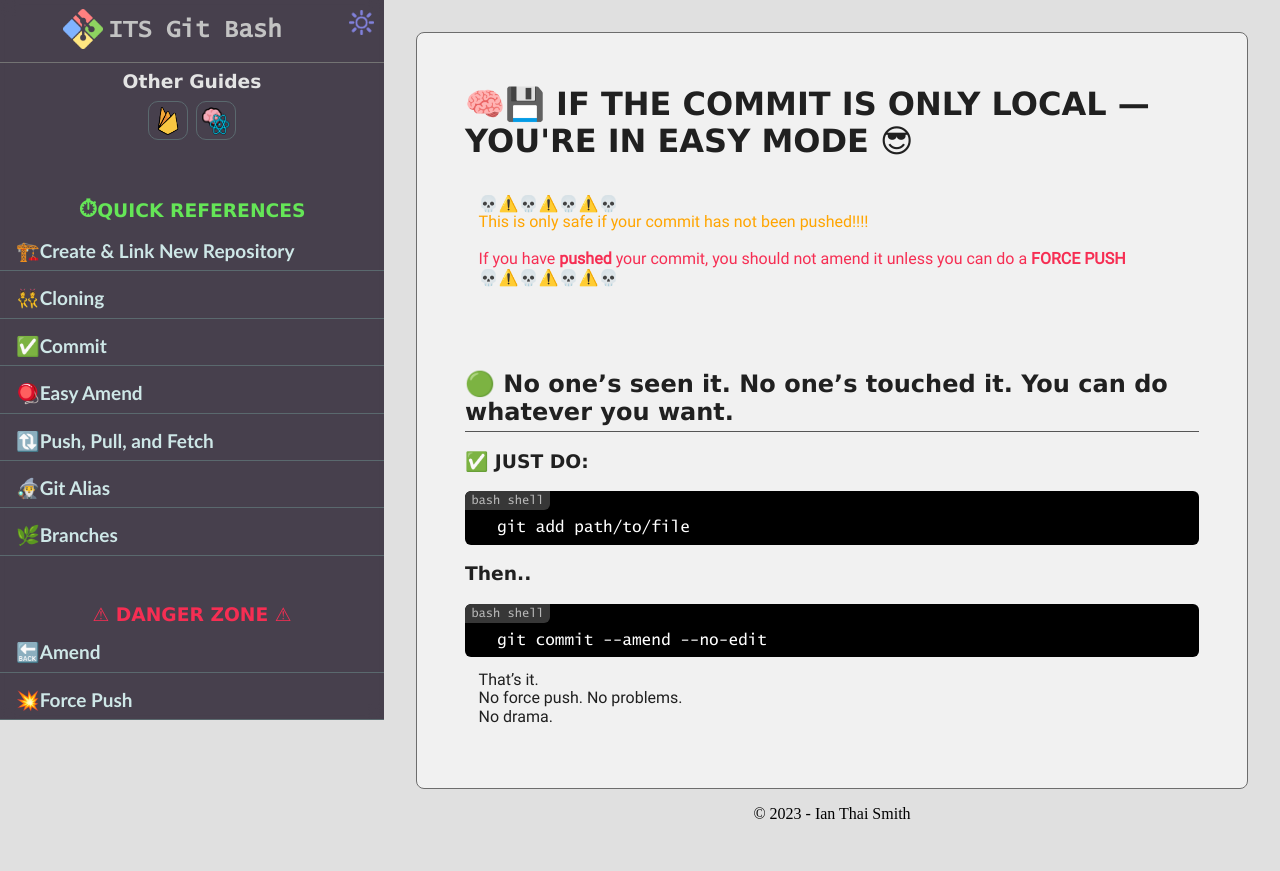
Repository: whyDoILoveThis/project__ITS_Git_Bash
Page: html/easy-amend.html
An editor plug-in stored every save of this project. The page is shown before and after the next save, followed by the edit.
The browser window is 1280 px wide. The pictures show the whole page.

Above is the page before, as saved 2025-07-06 06:28:55.

### html/easy-amend.html
<!DOCTYPE html>
<html lang="en">
  <head>
    <meta charset="UTF-8" />
    <meta name="viewport" content="width=device-width, initial-scale=1.0" />
    <link rel="stylesheet" href="/css/normalize.css" />
    <link rel="stylesheet" href="/css/style.css" />
    <title>new-page</title>
  </head>
  <body>
    <!--!!!!!-->
    <!--! MAIN-WRAP -->
    <div class="main-wrap">
      <section class="article-wrap">
        <article class="article">
          <h1>🧠💾 IF THE COMMIT IS ONLY LOCAL — YOU'RE IN EASY MODE 😎</h1>
          <p class="orng">
            💀⚠️💀⚠️💀⚠️💀
            <br />
            This is only safe if your commit has not been pushed!!!!
            <br />
            <br />
            <em class="red">
              If you have <b>pushed</b> your commit, you should not amend it
              unless you can do a <b>FORCE PUSH</b>
            </em>
            <br />
            💀⚠️💀⚠️💀⚠️💀
          </p>
          <h2>
            🟢 No one’s seen it. No one’s touched it. You can do whatever you
            want.
          </h2>
          <h3>✅ JUST DO:</h3>
          <div class="code">
            <p>git add path/to/file<br /></p>
          </div>
          <h3>Then..</h3>
          <div class="code">
            <p>git commit --amend --no-edit</p>
          </div>
          <p>
            That’s it. <br />
            No force push. No problems. <br />
            No drama.
          </p>
        </article>
      </section>
    </div>
    <!--! MAIN-WRAP -->
    <!--! !!!!!!! -->
    <script src="/JS/dynamic-nav.js"></script>
  </body>
</html>

### css/style.css


/*TODO: REFACTOR FOR BETTER ORGANIZATION
        AND REMOVING REDUNDANCIES*/

        :root {
            --size--brightness-toggler: 50px;
        }


.gradient {
    width: 100vw;
    height: 100vh;
    background: rgb(52,30,84);
background: linear-gradient(360deg, rgba(52,30,84,1) 0%, rgba(67,41,166,1) 100%);
}

@font-face {
    font-family: LucidaConsole;
    src: url(/fonts/lucon.ttf);

}

@font-face {
    font-family: Roboto;
    src: url(/fonts/Roboto-Regular.ttf);
}

body {
    font-family: 'Lucida Sans', 'Lucida Sans Regular', 'Lucida Grande', 'Lucida Sans Unicode', Geneva, Verdana, sans-serif;
    transition: background-color 0.3s ease-in;
    background-color: rgb(36, 31, 35);

}

body::-webkit-scrollbar-track
{
	-webkit-box-shadow: inset 0 0 6px rgba(0,0,0,0.3);
	border-radius: 10px;
	background-color: rgb(52, 29, 69);
}

body::-webkit-scrollbar
{
    border-radius: 10px;

	width: 5px;
	background-color: rgb(50, 41, 56);
}

body::-webkit-scrollbar-thumb
{
	border-radius: 10px;
	-webkit-box-shadow: inset 0 0 6px rgba(0,0,0,.3);
	background-color: #8181DB;
}



ul {
    list-style-type: none;
    padding: 0;
    padding-bottom: 4rem;
    margin: 0;
}

ul li {
    padding: 1rem 0 0.5rem 1rem;
    border-bottom: 0.5px solid rgb(90, 105, 110);
}

li a {
    text-decoration: none;
    color: rgb(206, 231, 231);
    font-family: 'Trebuchet MS', 'Lucida Sans Unicode', 'Lucida Grande', 'Lucida Sans', Arial, sans-serif;
    font-weight: 600;
    text-decoration-thickness: 0px;
    font-size: 19px;
}

a {
    color: rgb(45, 143, 248);
    text-decoration: none;
}

a:hover {
    font-weight: 600;
    text-decoration: underline;
}

li a:hover {
    text-decoration: underline;
    text-decoration-thickness: 2px;
    text-decoration-color: rgb(110, 203, 103);
}

em {
    font-style: normal;
}

.main-wrap {
    display: flex;
    height: 100%;
    width: 100%;
}

/** NAV */

.nav {
    z-index: 100;
    background: rgba(50, 41, 56, 0.877);
    backdrop-filter: blur(8px);
    -webkit-backdrop-filter: blur(8px);
    display: flex;
    flex-direction: column;
    width: 30%;
    height: 100%;
    position: fixed;
    overflow: auto;
    transition: all 0.37s ease-out;
}

.nav::-webkit-scrollbar-track
{
	-webkit-box-shadow: inset 0 0 6px rgba(0,0,0,0.3);
	border-radius: 10px;
	background-color: rgb(50, 41, 56);
}

.nav::-webkit-scrollbar
{
    border-radius: 10px;

	width: 3px;
	background-color: rgb(50, 41, 56);
}

.nav::-webkit-scrollbar-thumb
{
	border-radius: 10px;
	-webkit-box-shadow: inset 0 0 6px rgba(0,0,0,.3);
	background-color: #8181DB;
}


.logo-wrap {
    height: auto;
    max-height: 40px;
    display: flex;
    align-items: center;
    justify-content: center;
    gap: 0.3rem;
    padding: 0.7rem;
    border-bottom: 1px solid rgb(115, 115, 115);
    padding-right: var(--size--brightness-toggler);

}

.logo__icon {
    width: 8vw;
    max-width: 40px;
    height: 8vw;
    max-height: 40px;
    display: inline;
}

.logo__tag {
    color: rgb(195, 195, 195);
    font-family:  LucidaConsole, Arial, Helvetica, sans-serif;
    white-space: 1px;
    font-size: 24px;
    font-weight: 600;
    margin: 0;
}

.dark-mode-toggler-wrap {
    position: absolute;
    top: 10px;
    right: 10px;

}

.other-guides-wrap {
    margin: 0.5rem;
    display: flex;
    justify-content: center;
    align-self: center;
    gap: 0.5rem;
}

.other-guides-wrap > a > img {
    width: 28px;
}

.other-guides-heading {
    color: rgb(228, 228, 228);
    margin-top: 0;
}

.guide-link {
    border: 1px solid rgb(90, 105, 110);
    border-radius: 10px;
    display: flex;
    justify-content: center;
    padding: 0.3rem;
    transition: background-color 0.4s;
}

.guide-link:hover {
    background-color: rgba(255, 255, 255, 0.117);
}

.quick-ref-heading {
    color: rgb(101, 230, 87);
    text-transform: uppercase;
}

.quick-ref-heading::before {
    content: '⏱';
    font-size: 24px;
}

.article-wrap {
    margin-left: 30%;
    width: calc(70% - 2rem * 2);
    padding: 2rem;
}

.article {
    border: 1px solid rgb(109, 109, 109);
    border-radius:8px;
    display: flex;
    flex-direction: column;
    padding: 3rem;
    padding-top: 2rem;

    background-color: rgb(49, 49, 49);
    color: rgba(255, 255, 255, 0.90);
    transition: background-color 0.4s ease-in, color 0.5s ease-in;

}

.article__heading,
.article h2.h2--large {
    text-align: center;
    font-size: 32px;
    margin: 0.8rem;
    border: 0;
}

.article h2 {
    margin: 4.4rem 0 0rem 0;
    border-bottom: 1px solid #555;
    padding-bottom: 0.3rem;
}


.article > p {
    font-family: Roboto, Arial, Helvetica, sans-serif;
    margin: 0.85rem;
}

.emoji {
    display: inline;
    width: 20px;
}

.emoji--rocket {
    content: url(/img/emoji-rocket.PNG);
}

.code {
    font-family: LucidaConsole, Arial, Helvetica, sans-serif;
    white-space: nowrap;
    background-color: black;
    color: white;
    font-style: normal;
    width: 100%;
    display: flex;
    flex-direction: column;
    border-radius: 6px;
    overflow: auto;
}

.code p::selection,
.code em::selection {
    background: rgba(214, 172, 238, 0.273);
    color: inherit;
}

.code::-webkit-scrollbar {
    width: 12px;
    background-color: #F5F5F5;
    height: 7px;
}
.code::-webkit-scrollbar-thumb {
    border-radius: 1px;
    -webkit-box-shadow: inset 0 0 6px rgba(0,0,0,.3);
    background-color: #555;
}
.code::-webkit-scrollbar-track {
    -webkit-box-shadow: inset 0 0 6px rgba(0,0,0,0.3);
    border-radius: 1px;
    background-color: #F5F5F5;
}


.code::before {
    content: 'bash shell';
    background-color: rgb(55, 55, 55);


    align-self: flex-start;

    color: rgb(184, 184, 184);
    padding: 0.25rem 0.4rem 0.1rem 0.4rem;
    border-radius: 6px 0px 6px 0;
    font-size: 12px;
}

.code--html::before {
    content: 'HTML';
    color: rgb(255, 72, 0);
    letter-spacing: 1px;
}

.code--js::before {
   content: 'javascript';
   color: yellow;
}

.code--json::before {
    content: 'json';
    color: rgb(93, 184, 93);
}

.code--file-struct::before {
    content: '📁';
    font-size: 20px;
}

.code p {
    margin: 0.5rem 0 0.5rem 2rem;
    display: inline-block;
    flex: 0 0 100%;
}

.comnt {
    color: rgb(123, 123, 123);
}

.orng {
    color: orange;
}

.grn {
    color: rgb(60, 162, 60);
}

.blu {
    color: rgb(74, 189, 255);
}

.red {
    color: rgb(246, 46, 83);
}

/** BUTTONS */

.btn-group {
    display: flex;
    gap: 0.5rem;
}

.btn {
    position: relative;
    z-index: 99;
    width: 100%;
    font-family: Roboto, Arial, Helvetica, sans-serif;
    font-size: 24px;
    text-shadow: 0 0 2px rgba(0, 0, 0, 0.577);
    padding: 10px 20px;
    background-color: #27396a;

    color: #6cbbfb;
    cursor: pointer;
    border-radius: 10px;
    border: 1.5px solid rgb(0, 0, 0);
    margin-top: 1rem;
}

.btn--important {
    color: rgb(252, 107, 107);
    background-color: rgb(83, 32, 32);
}

.btn--more-info-box {

    font-family: Roboto, Arial, Helvetica, sans-serif;
    background-color: #eeeeee;
    background-color: #363232;

    color: #202020;
    color: rgba(255, 255, 255, 0.90);
    position: relative;
    top: -1rem;
    padding: 1rem;
    border-radius: 8px;
    text-align: center;
    border: 1.5px solid rgb(0, 115, 225);
    animation: 0.5s ease-in-out;
    transform-origin: top center;
    transition: background-color 0.4s ease-in, color 0.5s ease-in;
}

.btn--more-info-box.hidden {
    display: none;

}

@keyframes bounceDown {
    0% {
        transform: scaleY(0);
        opacity: 0;
    }
    70% {
        transform: scaleY(1.04);
        opacity: 1;
    }
    100% {
        transform: scaleY(1);
        opacity: 1;
    }
}

@keyframes bounceUp {
    0% {
        transform: scaleY(1);
        opacity: 1;
    }

    20% {
        transform: scaleY(1.04);
        opacity: 0.8;
    }

    100% {
        transform: scaleY(0);
        opacity: 0.2;
    }
}

.btn--more-info-box p {
    text-align: left;
}

.btn--more-info-box h2 {
    margin-top: 2.5rem;
}

.btn--more-info-box h3 {
    margin-top: 1.5rem;
    margin-bottom: 0;
}

@media screen and (min-width: 768px) {
    .nav-toggler {
        position: fixed;
        display: none;
        visibility: hidden;
    }
}

@media screen and (max-width: 778px) {
    ul li {
        padding: 0.8rem 0.3rem 0.5rem 0.8rem;
    }

    li a {
        font-size: 17px;
    }

    .nav {
        margin: 0;
        width: 100%;
        height: 60px;
        overflow: hidden;
        border-top-right-radius: 0;
        border-bottom-left-radius: 10px;
        border-bottom-right-radius: 10px;
        box-shadow: 1px 1px 1px 3px rgba(0, 0, 0, 0.179);
    }

    .nav-expanded {
        width: 85%;
        height: 100%;
        overflow-y: auto;
        box-shadow: 1px 1px 0px 700px rgba(0, 0, 0, 0.5);
        border-bottom-left-radius: 0;
    }

    .nav-expanded .nav-toggler {
        position: absolute;
        transform: translateY(60px);
    }

    .logo-wrap {
        place-self: center;
        padding-right: var(--size--brightness-toggler);
        padding-left: var(--size--brightness-toggler);
    }
    .logo__icon {
        height: 40px;
        width: 40px;
    }
    .dark-mode-toggler-wrap {
        position: absolute;
        top: 15px;
        right: 10px;

    }
    .nav-toggler {
       width: 40px;
       position: absolute;
       left: 10px;

       transition: all 0.2s;
    }

    .logo__tag {
        font-size: 22px;
        white-space: nowrap;
    }

    .article-wrap {
        margin: 0;
        width: calc(100% - 0.5rem * 2);
         padding: 0.5rem;
         margin-top: 70px;
     }
     .article {
        padding: 0.5rem;
    }
}

.copyright::before {
    content: '© 2023 - Ian Thai Smith ';
    font-family: 'Times New Roman', Times, serif ;
    display: flex;
    justify-content: center;

}

### JS/dynamic-nav.js
const head = document.getElementsByTagName('head')[0];
const tabIcon = document.createElement("link");
tabIcon.href = "/img/git-bash-icon.png";
tabIcon.rel = "icon";
head.appendChild(tabIcon);

const articleWrap = document.querySelector(".article-wrap");

const copyright = document.createElement("p");
copyright.classList.add("copyright");

articleWrap.appendChild(copyright);

// Select the target element
const container = document.querySelector(".main-wrap");

// Create the main navigation element
const navigation = document.createElement("nav");
navigation.classList.add("nav");

function expandNav(){
    navigation.classList.toggle("nav-expanded")
}

const navToggler = document.createElement("img");
navToggler.src = "/img/icon-nav-toggler.png";
navToggler.classList.add("nav-toggler");
navToggler.addEventListener("click", expandNav);



// Create the logo-wrap div
const logoWrap = document.createElement("div");
logoWrap.classList.add("logo-wrap");

// Create the logo icon
const logoIcon = document.createElement("img");
const homeLink = document.createElement("a");
homeLink.href = "/index.html";
logoIcon.src = "/img/git-bash-icon.png";
logoIcon.alt = "";
logoIcon.classList.add("logo__icon");
homeLink.appendChild(logoIcon);


// Create the logo tag
const logoTag = document.createElement("p");
logoTag.classList.add("logo__tag");
logoTag.innerText = "ITS Git Bash";


const darkModeTogglerWrap = document.createElement("div");
darkModeTogglerWrap.classList.add("dark-mode-toggler-wrap");
const darkModeToggler = document.createElement("img");
darkModeTogglerWrap.appendChild(darkModeToggler);
darkModeToggler.src = "/img/icon-brightness-dim.png";
darkModeToggler.style.width = "25px";
darkModeToggler.classList.add(".dark-mode-toggler");

const article = document.querySelector('.article')


darkModeToggler.addEventListener("click", toggleBrightness);

const otherGuidesWrap = document.createElement("div");
otherGuidesWrap.classList.add("other-guides-wrap");

const otherGuides = document.createElement("h3");
otherGuides.innerText = "Other Guides";
otherGuides.classList.add('other-guides-heading');
otherGuides.style.textAlign = "center";
otherGuides.style.marginBottom = "0";
otherGuides.style.marginTop = "0.5rem";

const linkBash = document.createElement('a');
const imgBash = document.createElement("img");
linkBash.classList.add('guide-link');
imgBash.src = "/img/firebase-icon.png";
linkBash.href = "https://its-firebase.vercel.app";
linkBash.appendChild(imgBash);
otherGuidesWrap.appendChild(linkBash);
// another
const linkReact18 = document.createElement('a');
const imgReact18 = document.createElement("img");
linkReact18.classList.add('guide-link');
imgReact18.src = "/img/learn-react18-icon.png";
linkReact18.href = "https://learn-react18.vercel.app";
linkReact18.appendChild(imgReact18);
otherGuidesWrap.appendChild(linkReact18);




const infoBoxes = document.querySelectorAll('.btn--more-info-box');


// Check if 'bright' is stored in localStorage
const storedBright = localStorage.getItem('bright');

// Initialize 'bright' with the stored value (or default to false if not found)
let bright = storedBright === 'false';


function toggleBrightness() {
    bright = !bright;

    // Store the updated 'bright' value in localStorage
    localStorage.setItem('bright', bright);

 // Update UI and apply styles based on 'bright' state

    if(bright){
    fadeOutAndChange(darkModeToggler, "/img/icon-brightness-bright.png");
    document.body.style.backgroundColor = 'rgb(224, 224, 224)';
    article.style.backgroundColor = 'rgb(241, 241, 241)';
    article.style.color = '#202020';
    copyright.style.color = 'black';
    infoBoxes.forEach(infoBox => {
        infoBox.style.backgroundColor = '#eeeeee';
        infoBox.style.color = '#202020';
    });
    } else {
        fadeOutAndChange(darkModeToggler, "/img/icon-brightness-dim.png");
        document.body.style.backgroundColor = 'rgb(36, 31, 35)';
        article.style.backgroundColor = 'rgb(49, 49, 49)';
        article.style.color = 'rgba(255, 255, 255, 0.90)';
        copyright.style.color = 'white';
        infoBoxes.forEach(infoBox => {
            infoBox.style.backgroundColor = '#363232';
            infoBox.style.color = 'rgba(255, 255, 255, 0.90)';
        });
    }
}

function fadeOutAndChange(element, newImageSrc) {
    element.style.opacity = 0;
    setTimeout(() => {

        element.src = newImageSrc;
        element.style.opacity = 1;
    }, 200); // Adjust the time to match your CSS transition duration
}

// Call toggleBrightness to initialize UI based on stored value
toggleBrightness();


// Append the logo icon and tag to the logo-wrap div
logoWrap.appendChild(navToggler);
logoWrap.appendChild(homeLink);
logoWrap.appendChild(logoTag);



// Create the links list
const linkList = document.createElement("ul");
linkList.classList.add("link__list");


const quickRefs = document.createElement("h3");
quickRefs.innerText = "Quick References";
quickRefs.classList.add('quick-ref-heading');
quickRefs.style.textAlign = "center";
quickRefs.style.marginBottom = "0";
quickRefs.style.marginTop = "3rem";
linkList.appendChild(quickRefs);
/****************LINKS****************** */
/****************LINKS****************** */
// Create a list item for the link
const linkItem1 = document.createElement("li");
linkItem1.classList.add("link");
// Create the link itself
const linkCreateNewRepo = document.createElement("a");
linkCreateNewRepo.href = "/html/create-and-link-new-repo.html";
linkCreateNewRepo.innerText = "🏗️Create & Link New Repository";
// Append the link to the list item
linkItem1.appendChild(linkCreateNewRepo);
// Append the list item to the links list
linkList.appendChild(linkItem1);

// Create a list item for the link
const linkItem2 = document.createElement("li");
linkItem2.classList.add("link");
const linkCloning = document.createElement("a");
linkCloning.href = "/html/cloning.html";
linkCloning.innerText = "👯‍♀️Cloning";
// Append the link to the list item
linkItem2.appendChild(linkCloning);
// Append the list item to the links list
linkList.appendChild(linkItem2);

const linkItem3 = document.createElement("li");
linkItem3.classList.add("link");
const linkCommit = document.createElement("a");
linkCommit.href = "/html/commit.html";
linkCommit.innerText = "✅Commit";
linkItem3.appendChild(linkCommit);
linkList.appendChild(linkItem3);

const linkItem3v1 = document.createElement("li");
linkItem3v1.classList.add("link");
const linkEasyAmend = document.createElement("a");
linkEasyAmend.href = "/html/easy-amend.html";
linkEasyAmend.innerText = "🪀Easy Amend";
linkItem3v1.appendChild(linkEasyAmend);
linkList.appendChild(linkItem3v1);

const linkItem4 = document.createElement("li");
linkItem4.classList.add("link");
const linkPushPullAndFetch = document.createElement("a");
linkPushPullAndFetch.href = "/html/push-pull-and-fetch.html";
linkPushPullAndFetch.innerText = "🔃Push, Pull, and Fetch";
linkItem4.appendChild(linkPushPullAndFetch);
linkList.appendChild(linkItem4);

const linkItem7 = document.createElement("li");
linkItem7.classList.add("link");
const linkGitAlias = document.createElement("a");
linkGitAlias.href = "/html/git-alias.html";
linkGitAlias.innerText = "🧙‍♂️Git Alias";
linkItem7.appendChild(linkGitAlias);
linkList.appendChild(linkItem7);

const linkItem8 = document.createElement("li");
linkItem8.classList.add("link");
const linkBranches = document.createElement("a");
linkBranches.href = "/html/branches.html";
linkBranches.innerText = "🌿Branches";
linkItem8.appendChild(linkBranches);
linkList.appendChild(linkItem8);

const dangerZone = document.createElement("h3");
dangerZone.innerText = "⚠ DANGER ZONE ⚠";
dangerZone.style.textAlign = "center";
dangerZone.classList.add("red");
dangerZone.style.marginBottom = "0";
dangerZone.style.marginTop = "3rem";
linkList.appendChild(dangerZone);

const linkItem5 = document.createElement("li");
linkItem5.classList.add("link");
const linkAmend = document.createElement("a");
linkAmend.href = "/html/amend.html";
linkAmend.innerText = "🔙Amend";
linkItem5.appendChild(linkAmend);
linkList.appendChild(linkItem5);

const linkItem6 = document.createElement("li");
linkItem6.classList.add("link");
const linkForcePush = document.createElement("a");
linkForcePush.href = "/html/💥force-push.html";
linkForcePush.innerText = "💥Force Push";
linkItem6.appendChild(linkForcePush);
linkList.appendChild(linkItem6);





/****************LINKS****************** */
/****************LINKS****************** */


// Append the logo-wrap div and links list to the navigation
navigation.appendChild(logoWrap);
navigation.appendChild(darkModeTogglerWrap);
navigation.appendChild(otherGuides);
navigation.appendChild(otherGuidesWrap);
navigation.appendChild(linkList);

// Append the navigation to the container
container.appendChild(navigation);

Loaded but not shown: css/normalize.css (library)

After the next save:
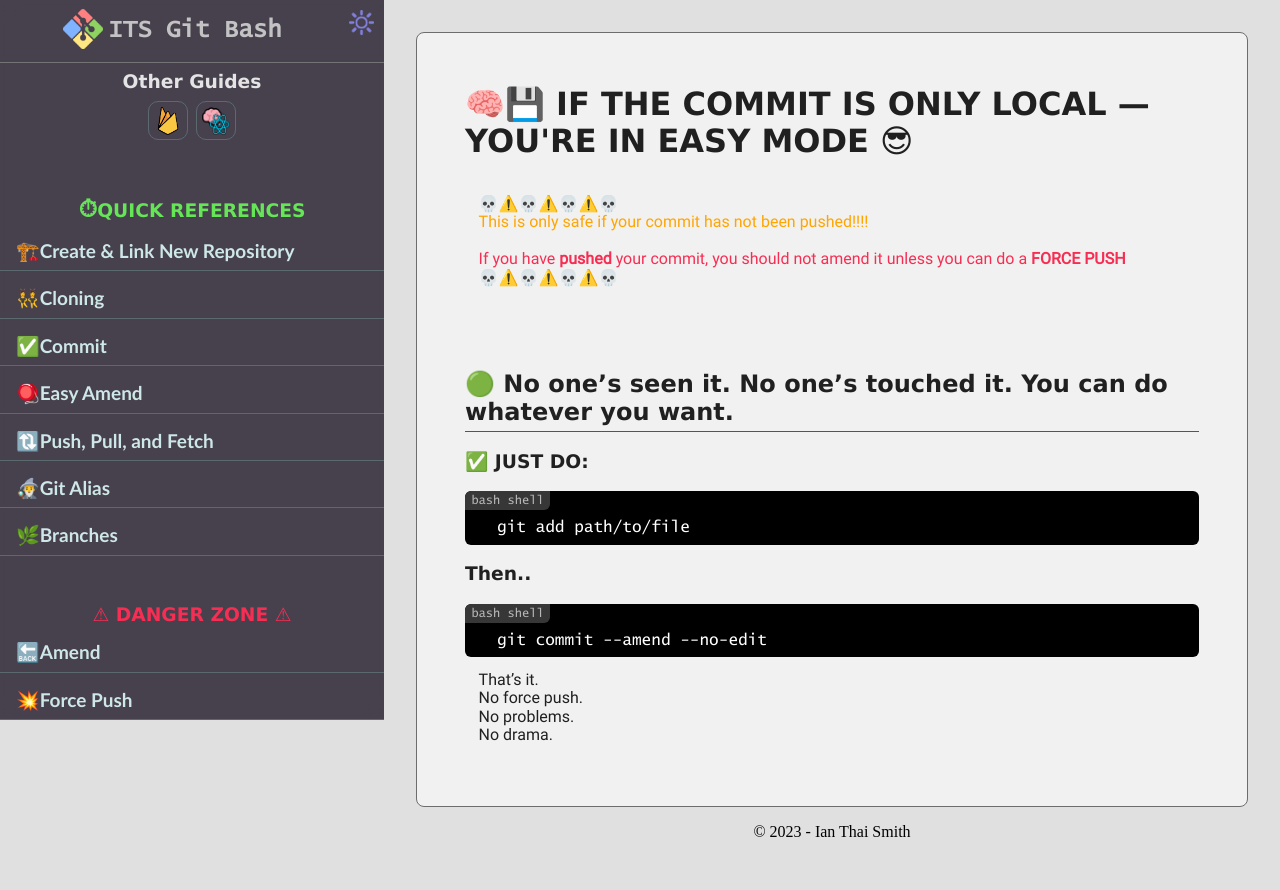
Saved 7 s later.
--- a/html/easy-amend.html
+++ b/html/easy-amend.html
@@ -41,7 +41,8 @@
           </div>
           <p>
             That’s it. <br />
-            No force push. No problems. <br />
+            No force push. <br />
+            No problems. <br />
             No drama.
           </p>
         </article>
